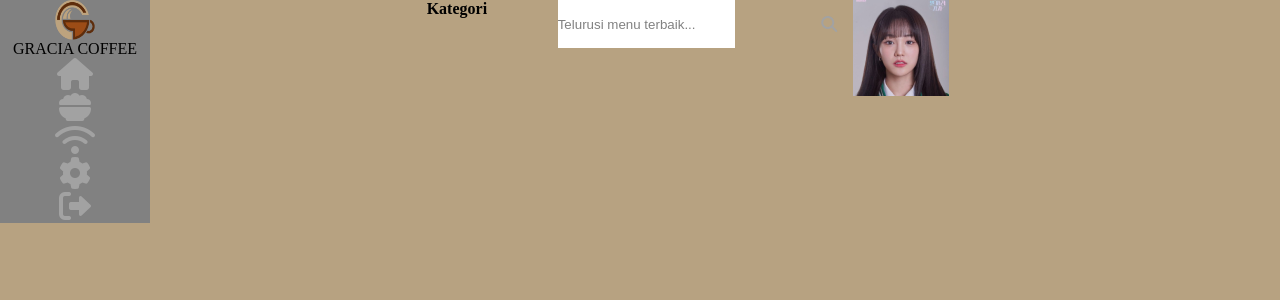
Repository: DanielChuaaa/sbd2
Page: index.html
An editor plug-in stored every save of this project. The page is shown before and after the next save, followed by the edit.
The browser window is 1280 px wide. The pictures show the whole page.
Some web libraries are served in a nearby version.

Above is the page before, as saved 2023-10-20 10:16:32.

After the next save:
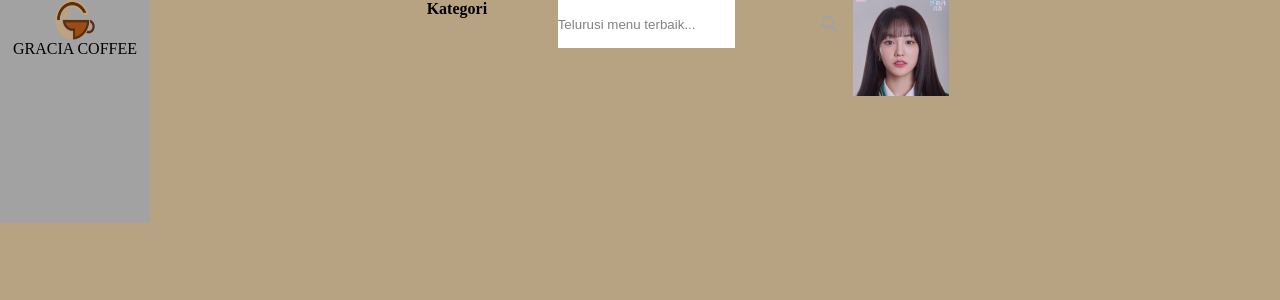
Saved 31 s later.
--- a/style.css
+++ b/style.css
@@ -30,7 +30,7 @@ body{
 }
 
 .icon{
-    background: var(--clr-neutral-400);
+    background: var(--clr-neutral-100);
 
     display: flex;
     flex-direction: column;
